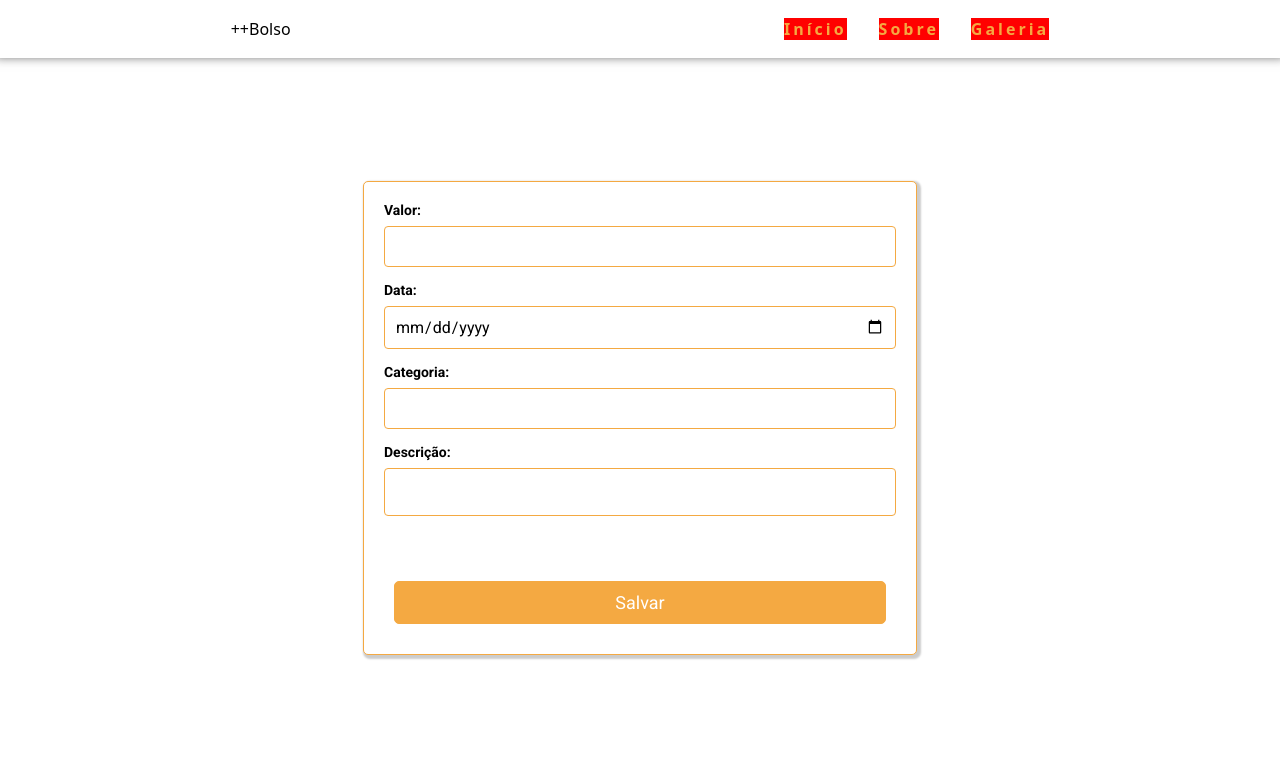
Repository: alexsanderkafka/java-servlets
Page: http://localhost/SaveMoney/cadastrarDespesa.jsp
These files come from the project's save history. The page is drawn as it stood at one moment and after the next save; the edit follows.
The browser window is 1280 px wide. The pictures show the whole page.
The page is served by Tomcat 9. Nobody is signed in. The application's start-up code is not run.

Above is the page before, as saved 2024-10-03 13:16:13.

After the next save:
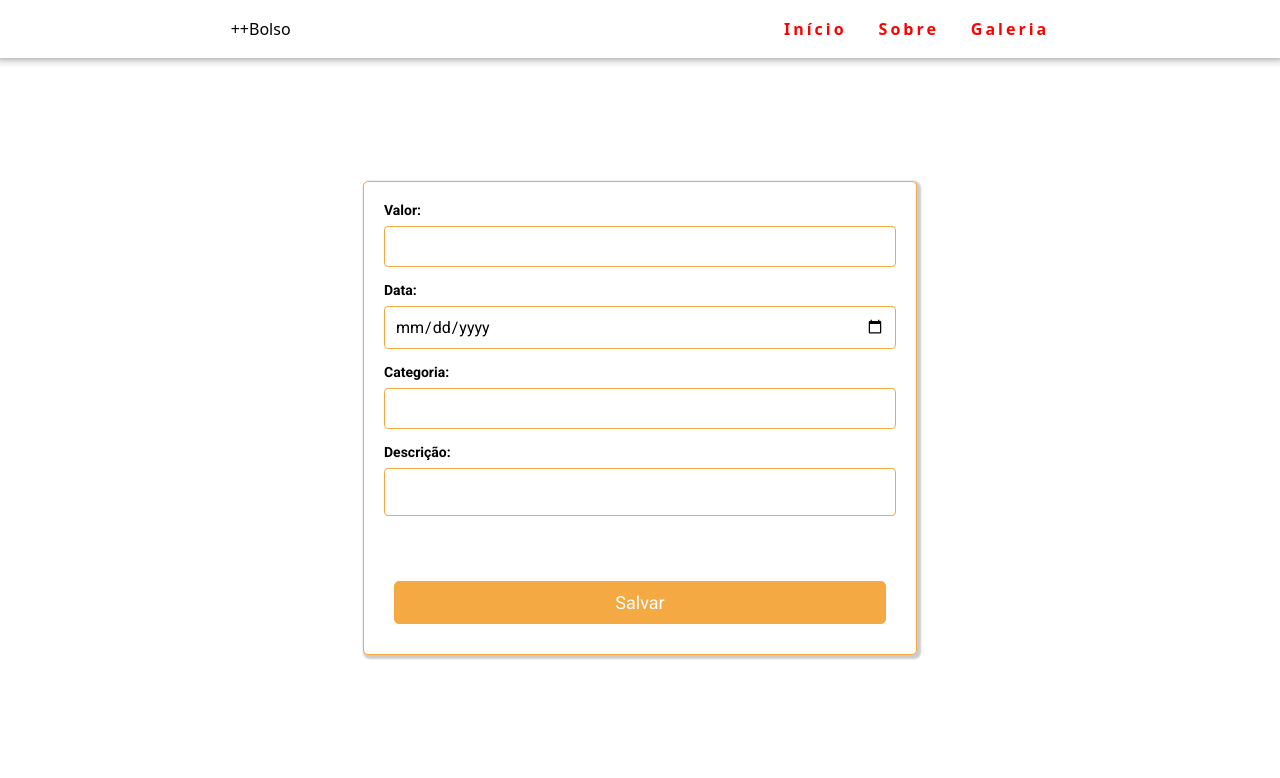
Saved 28 s later.
--- a/SaveMoney/src/main/webapp/styles/style.css
+++ b/SaveMoney/src/main/webapp/styles/style.css
@@ -62,7 +62,7 @@
 }
 
 .nav-list li a:link{
-	background-color: red;
+	color: red;
 }
 
 
